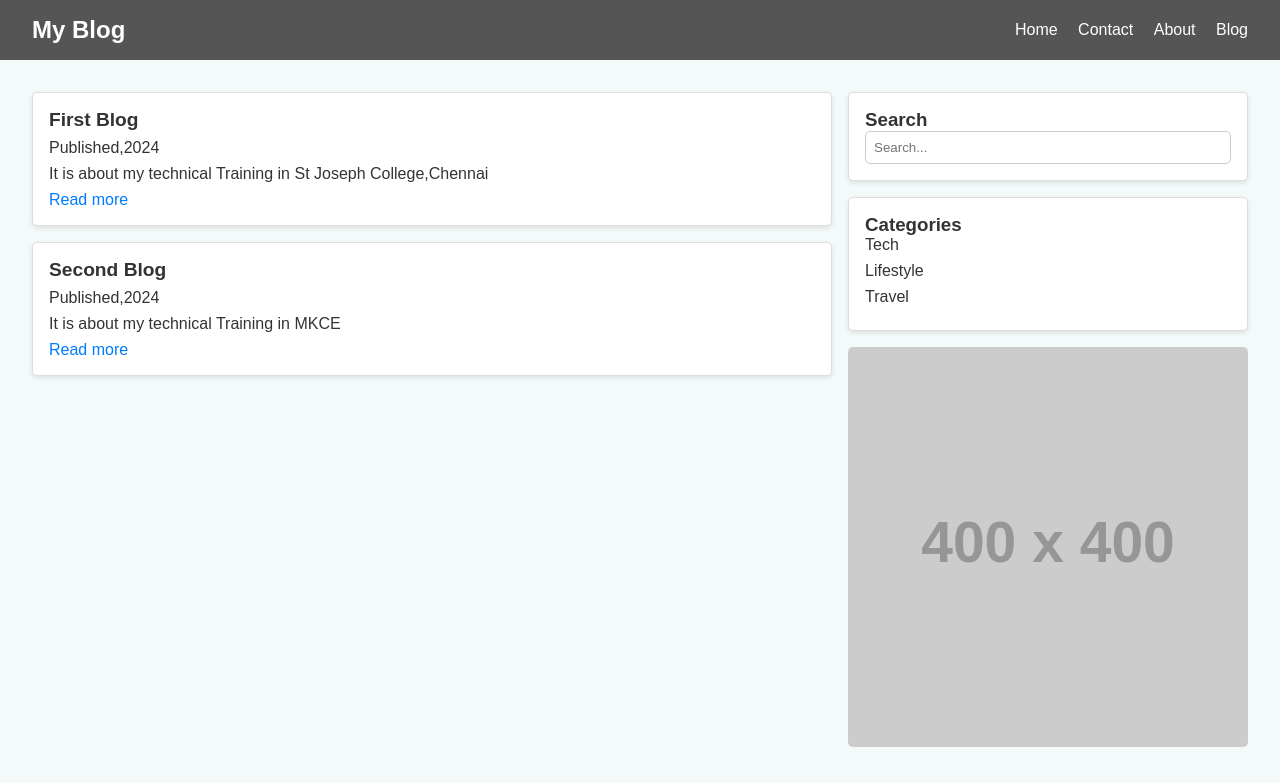
Repository: obusakthi539/Loginform
Page: Myblog.html
An editor plug-in stored every save of this project. The page is shown before and after the next save, followed by the edit.
The browser window is 1280 px wide. The pictures show the whole page.

Above is the page before, as saved 2025-01-12 16:45:57.

After the next save:
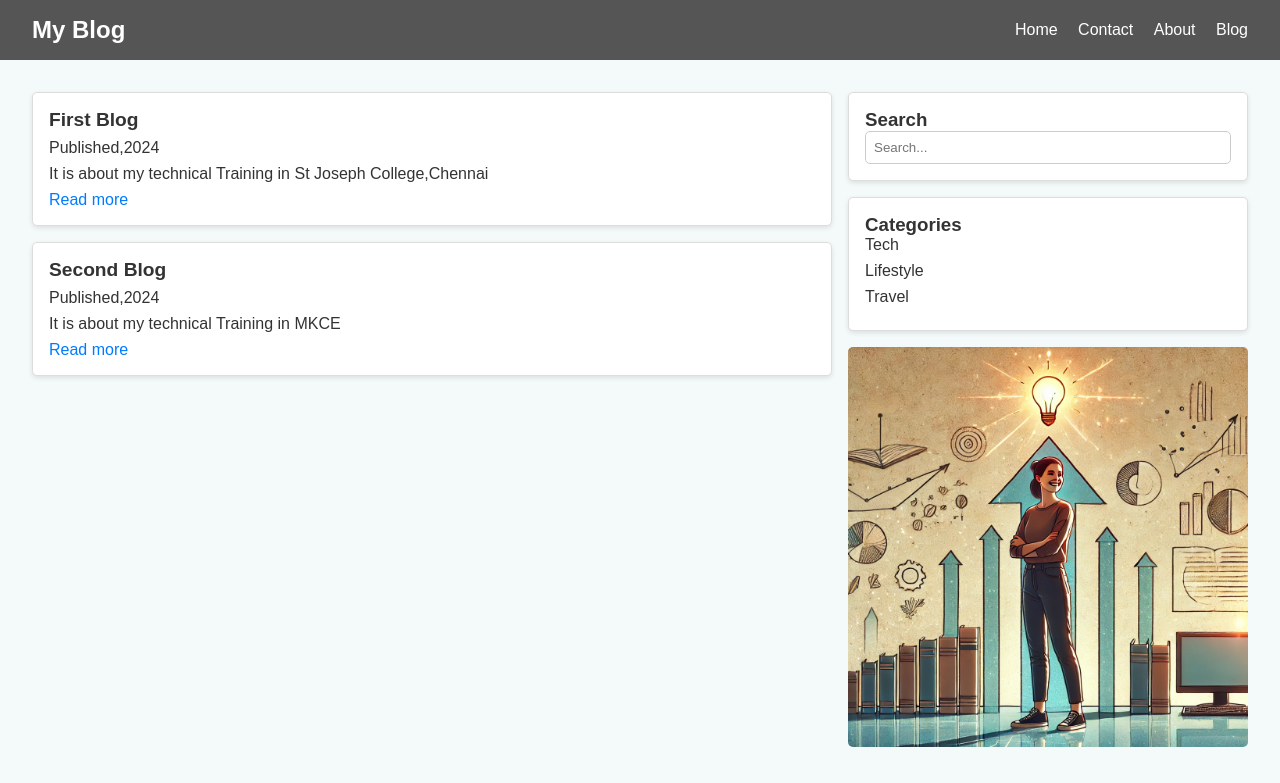
Saved 49 s later.
--- a/Myblog.html
+++ b/Myblog.html
@@ -183,7 +183,7 @@
             </div>
 
             <div class="image-section">
-                <img src="https://via.placeholder.com/400" alt="Blog Image">
+                <img src="person.webp" alt="Blog Image">
             </div>
         </div>
     </div>
